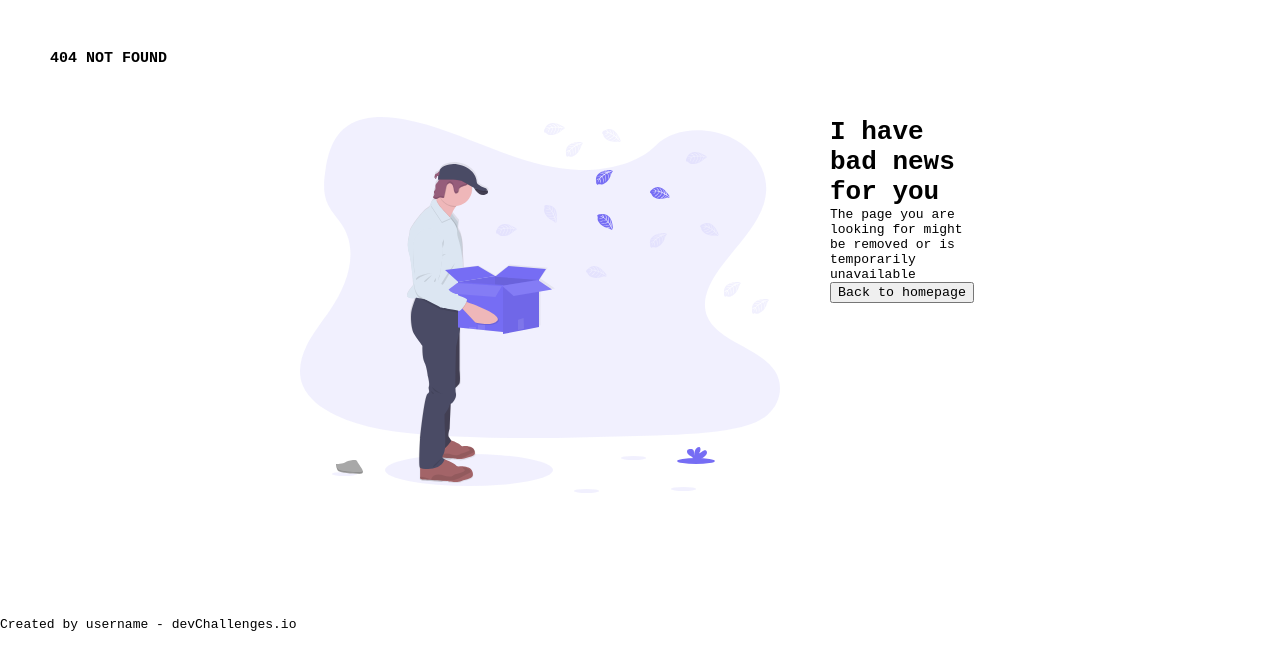
Repository: georgisenze/404-not-found-challeng
Page: index.html
The author's editor kept a copy of each file at every save. The page is drawn from the files as they stood at one save, then again after the next save.
The browser window is 1280 px wide. The pictures show the whole page.

Above is the page before, as saved 2023-02-21 06:39:47.

### index.html
<!DOCTYPE html>
<html lang="en">
<head>
    <meta charset="UTF-8">
    <meta http-equiv="X-UA-Compatible" content="IE=edge">
    <meta name="viewport" content="width=device-width, initial-scale=1.0">
    <title>404 page not found</title>
    <link rel="stylesheet" href="assets/css/style.css">
    <link
      href="https://fonts.googleapis.com/css2?family=Poppins:wght@400;500&display=swap"
      rel="stylesheet"
    />
</head>
<body>
    <div class="main">
        <header>
            <p>404 not found</p>
        </header>

        <div class="container">
            <div class="row">
                <div class="left">
                    <img src="assets/img/404-illustration.svg" alt="">
                </div>
                <div class="rigth">
                    <div class="col-2">
                        <h1>I have bad news for  you</h1>
                    </div>
                    <div class="col-2">
                        <p>The page you are looking for might be removed or is temporarily unavailable</p>
                    </div>
                    <div class="col-2">
                        <button>Back to homepage</button>
                    </div>
                </div>
            </div>
        </div>


        <footer>
            <p>Created by <span>username</span> - devChallenges.io </p>
        </footer>
    </div>
</body>
</html>

### assets/css/style.css
*{
    margin: 0;
    font-family: monospace;
}

.main {
    min-width: 100%;
    height: 100%;
}

header p {
    text-transform: uppercase;
    font-weight: bold;
    font-size: 15px;
    padding: 50px;
}

.container{
    display: flex;
    justify-content: center;
}

.row{
    display: flex;
    justify-content: space-around;
    height: 500px;
}

.left {
    margin-right: 50px;
}

.rigth{
    width: 150px;
}

After the next save:
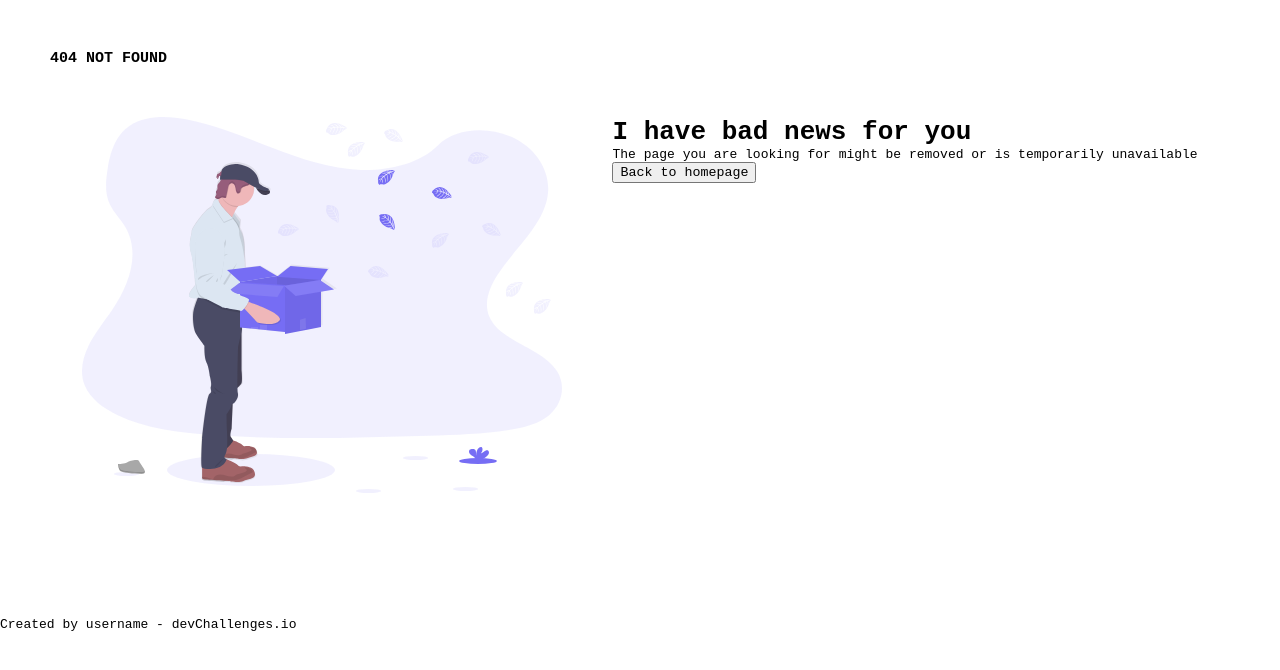
Saved 26 s later.
--- a/assets/css/style.css
+++ b/assets/css/style.css
@@ -30,6 +30,8 @@
     margin-right: 50px;
 }
 
+.let
+
 .rigth{
     width: 150px;
 }

After the 2 saves that followed:
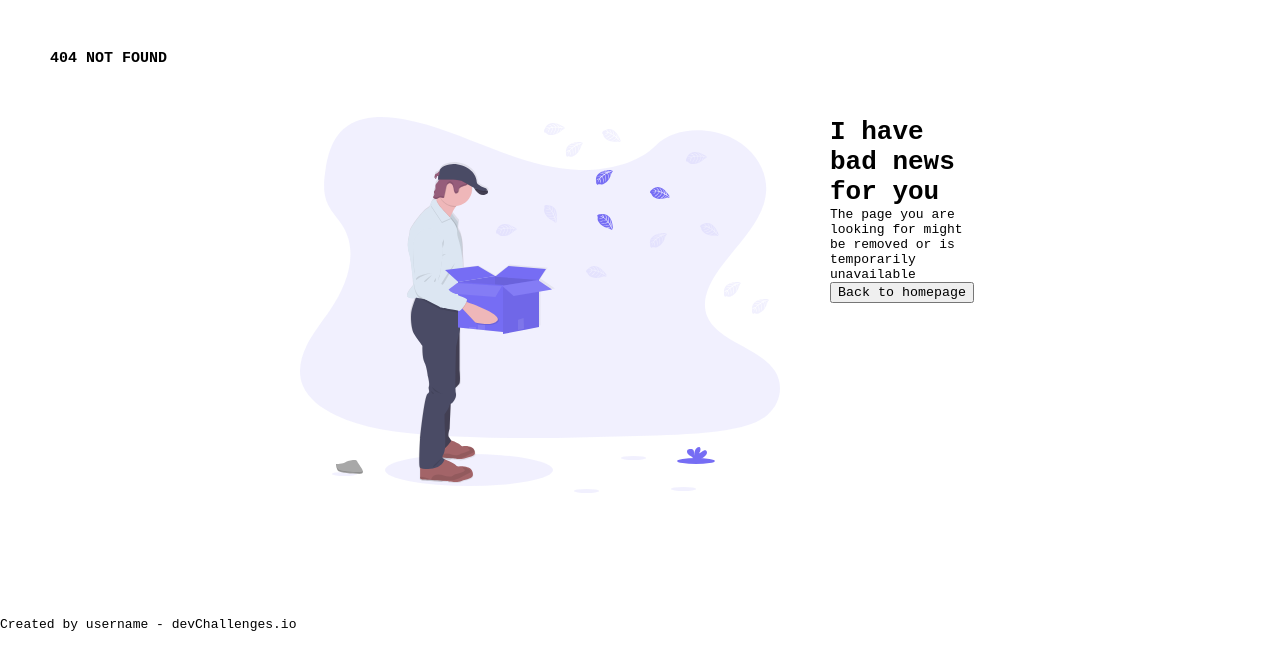
The 2 saves are shown as one change because they came seconds apart.
The last was saved 8 s later.
--- a/assets/css/style.css
+++ b/assets/css/style.css
@@ -30,7 +30,9 @@
     margin-right: 50px;
 }
 
-.let
+.left img{
+
+}
 
 .rigth{
     width: 150px;
